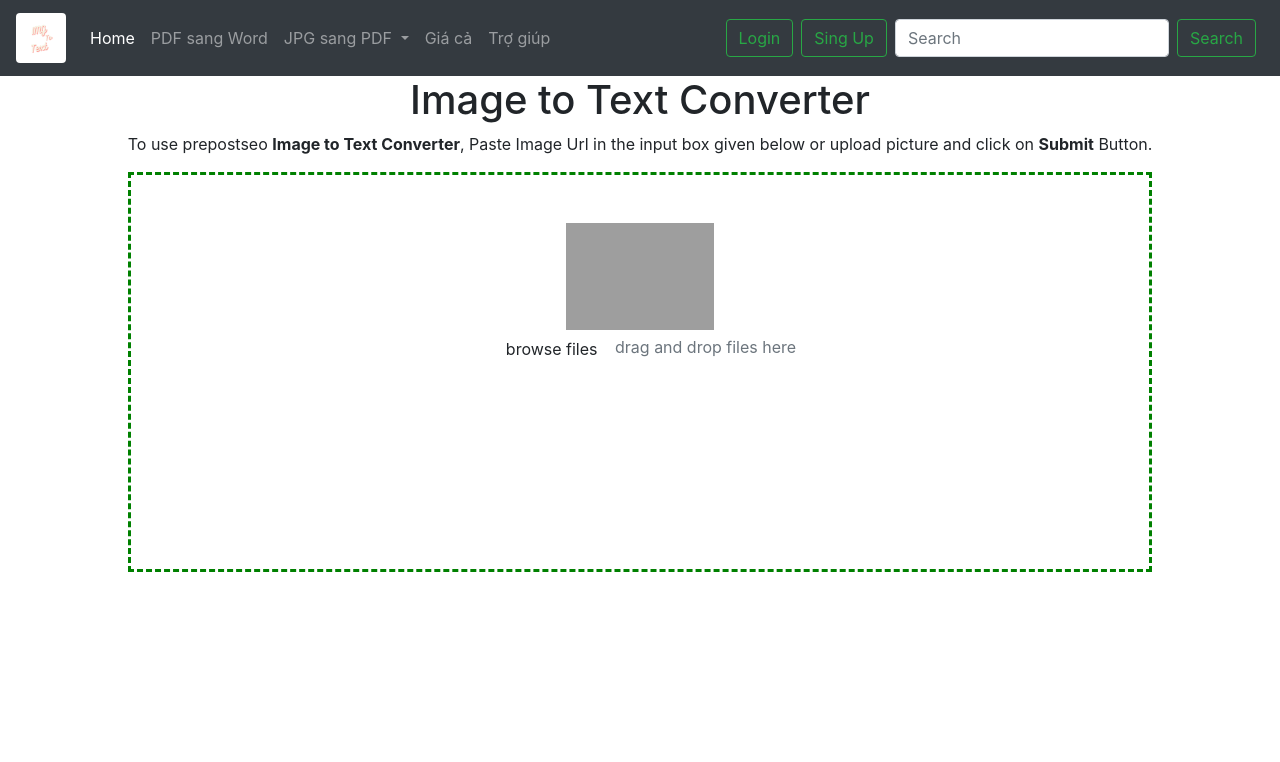
Repository: Tung1227/PBL6-2022
Page: index.html
An editor plug-in stored every save of this project. The page is shown before and after the next save, followed by the edit.
The browser window is 1280 px wide. The pictures show the whole page.
Pictures or frames that could not be fetched are drawn as grey boxes.

Above is the page before, as saved 2022-09-16 21:04:36.

After the next save:
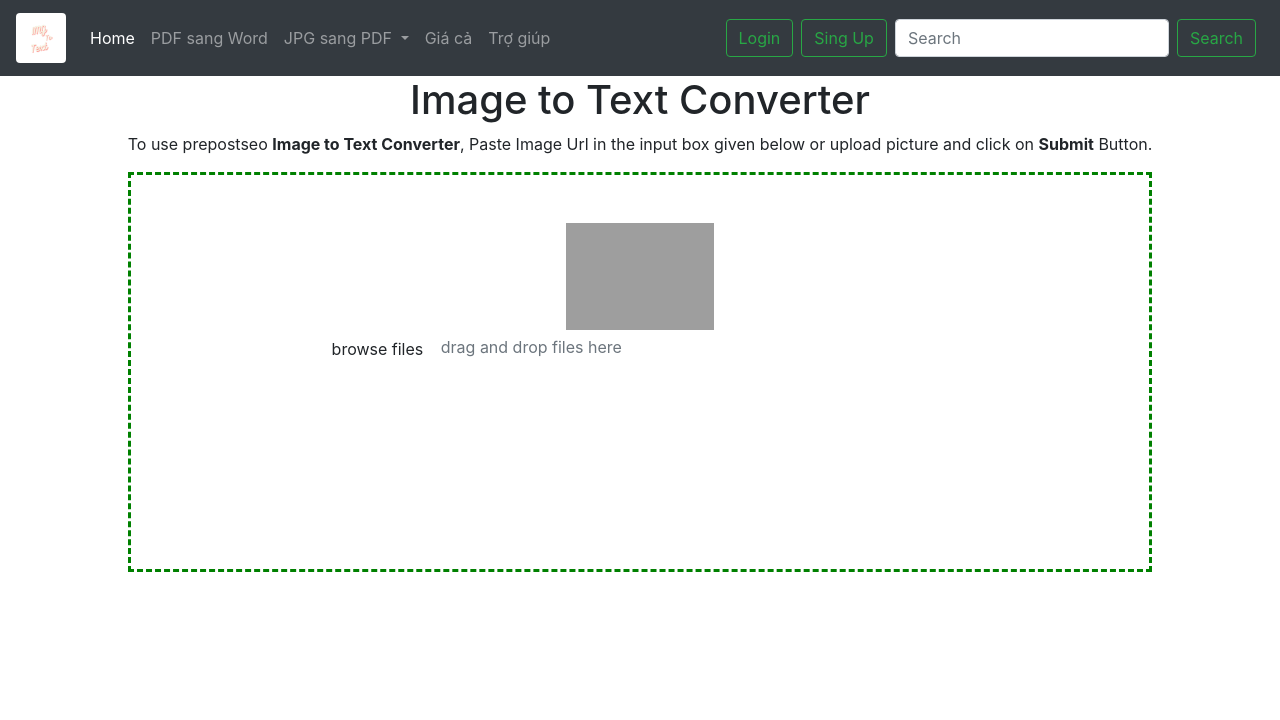
Saved 25 s later.
--- a/public/css/index.css
+++ b/public/css/index.css
@@ -9,8 +9,8 @@
 }
 
 .file-input {
-    height: 100%;
-    width: 100%;
+    /* height: 100%;
+    width: 100%; */
     cursor: pointer;
     opacity: 0;
 }
